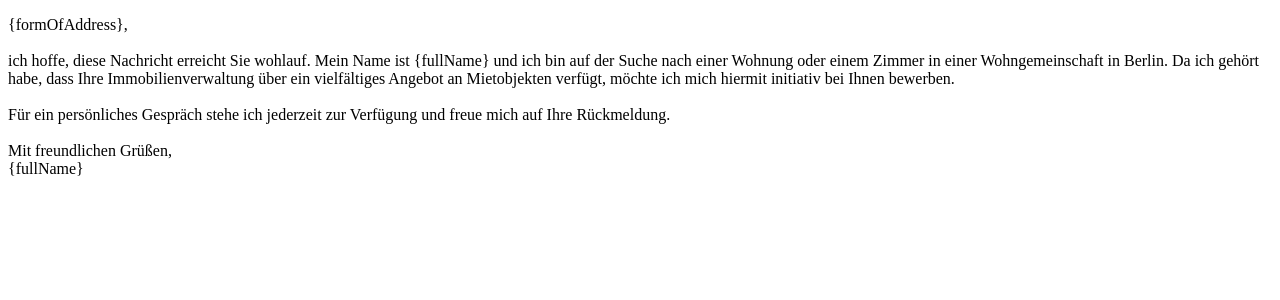
Repository: JonahWhoDis/berlin_immo_mailer
Page: template.html
The author's editor kept a copy of each file at every save. The page is drawn from the files as they stood at one save, then again after the next save.
The browser window is 1280 px wide. The pictures show the whole page.

Above is the page before, as saved 2024-06-28 08:45:34.

After the next save:
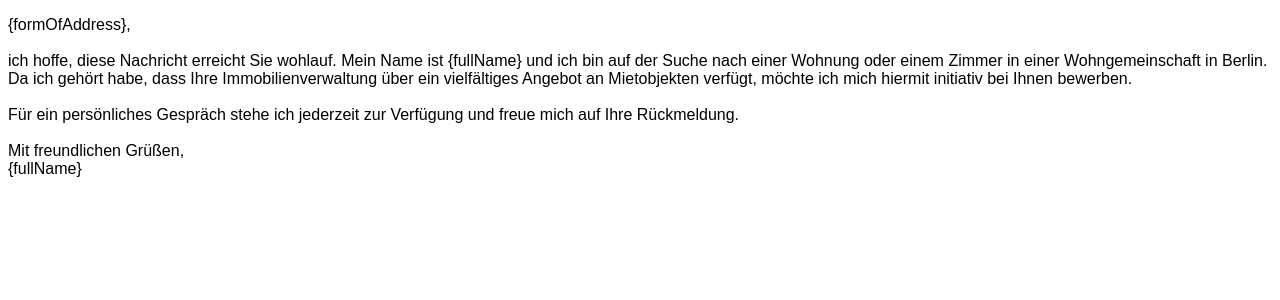
Saved 77 s later.
--- a/template.html
+++ b/template.html
@@ -4,9 +4,9 @@
     <meta http-equiv="Content-Type" content="text/html; charset=utf-8">
     <title>{email_title}</title>
     <style>
-        body {{
+        body {
             font-family: Arial, sans-serif;
-        }}
+        }
 
         .page {{
             width: 210mm;
